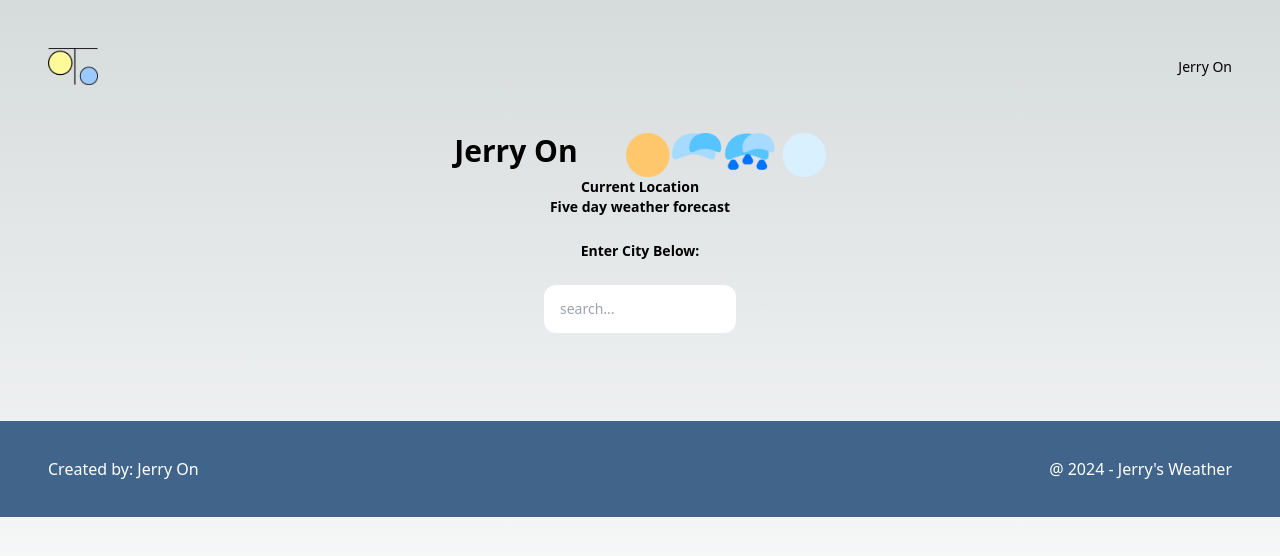
Repository: JerryWuOn/weatherAppMid
Page: /
These files come from the project's save history. The page is drawn as it stood at one moment and after the next save; the edit follows.
The browser window is 1280 px wide. The pictures show the whole page.
The project was rebuilt for these pictures with package versions that can differ from the ones it lists, and the page was loaded fresh each time. The framework's server and built-in components were replaced by stand-ins that run in the browser. Also part of the build but not shown: next.config.mjs.

Above is the page before, as saved 2024-02-12 20:02:30.

### src/pages/index.tsx

import Image from "next/image";
import Header from "@/components/Header";
import Footer from "@/components/Footer";
import { useState} from "react";
import Clouds from '../../public/images/clouds.png'

export default function Home() {
  const [data,setData] = useState<IWeather | null>(null);
  const [forcast,setForcast] = useState<IForecast| null>(null);

  const [city, setCity] = useState('');

    const handleLocation = (jerry) => {
        setCity(jerry.target.value);
    }

    const formatDate = (timestamp) => {
      return new Date(timestamp * 1000).toLocaleDateString('en-Ca', {
        year: 'numeric',
        month: 'long',
        day: 'numeric',
      });
    };

    const handleSubmit = (jerry) => {
        jerry.preventDefault();
        const apiKey = "fa86376a0b2615057a19374755185488"
        const API_URL = `https://api.openweathermap.org/data/2.5/weather?q=${city}&units=metric&appid=${apiKey}`
        const API_fiveDay = `https://api.openweathermap.org/data/2.5/forecast?q=${city}&units=metric&appid=${apiKey}`


      fetch(API_URL)
      .then(response => response.json())
      .then(response => {
        console.log(response);
        setData(response);
      })
      .catch(err => {
        console.log(err);
      })

      fetch(API_fiveDay)
      .then(response => response.json())
      .then(response => {
        console.log(response);
        setForcast(response);
      })
      .catch(err => {
        console.log(err);
      })
    }



  return (
    <main className="flex flex-col min-h-screen w-full">
      <div className="flex flex-col w-5xl justify-between w-full items-center  text-sm ">
        <div className="flex flex-row w-full items-center justify-between gap-x-4 p-12">
          <Header></Header>
        </div>
        <div className="flex flex-col justify-center text-center w-full items-center">
          <div className="flex flex-row">
            <div className="font-bold text-3xl">Jerry On</div>
            <div className="pl-12">
              <Image src={Clouds} alt="clouds" width={200}/>
            </div>
          </div>
          <div className="font-bold">Current Location</div>
          <div className="font-bold mb-6">Five day weather forecast</div>
          <div className="font-bold mb-6">Enter City Below:</div>
          <form onSubmit={handleSubmit}>
            <input className="rounded-xl h-12 w-48 p-4 mb-6" type="text" placeholder="search..." value={city} onChange={handleLocation}/>
          </form>

          {data && data.main && data.weather && data.wind && data.dt &&(
            <div className="flex flex-col w-full px-12 ">
              {data.weather.map((d, index)=> (
                <div key={index}>
                  <div className="flex w-full flex-start items-start">
                    <div className="flex flex-col">
                      <h1 className="text-6xl">{city}</h1>
                    </div>
                  </div>
                  <h1 className="flex flex-start text-2xl">Current Weather: {d.main}</h1>
                  <h1 className="flex flex-start text-2xl">Temperature: {data.main.temp.toFixed(1)}</h1>
                  <h1 className="flex flex-start text-2xl">Wind: {data.wind.speed.toFixed(1)}</h1>
                  <h1 className="flex flex-start text-2xl">Date: {formatDate(data.dt)}</h1>
                </div>
              ))}
            </div>
          )}

          {forcast && forcast.list && (
            <div className="flex flex-row w-full px-12 mt-12 gap-x-6">
              <h1 className="flex flex-start text-2xl pr-24">5 Day Forecast</h1>
              {forcast.list.slice(0,5).map((d, index)=> (
                <div key={index}>
                  <h1 className="flex text-md">Temperature in Celsius: {d.main.temp.toFixed(1)}</h1>
                  {d.weather.map((d, index)=> (
                <div key={index}>
                  <h1 className="flex text-md">Weather: {d.main}</h1>

                </div>

              ))}
              {d.weather.map((d, index)=> (
                <div key={index}>
                  <h1 className="flex text-md">Description: {d.description}</h1>
                </div>
              ))}
                <h1 className="flex text-md">Wind Speed: {d.wind.speed}</h1>
                <h1 className="flex text-md mt-12">Date: {formatDate(d.dt)}</h1>
                </div>
              ))}

            </div>
          )}

        </div>
        </div>

        <div className="flex bg-footer w-full bg-fixed text-white mt-16 px-12">
          <div className="flex h-24 w-full items-center justify-between">
            <Footer/>
          </div>
        </div>

    </main>
  );
}

### src/components/Header/index.tsx
import { useState } from "react"
import Image from "next/image"

import Logo from "../../../public/images/jerryWeather.png"


export default function Header(){
    return (
        <div className="flex w-full">
            <div className="flex flex-row w-full items-center justify-between gap-x-4 ">
                <div className="flex justify-between">
                    <Image src={Logo} alt="logo" width={50} height={50}/>
                </div>
                <div className="flex justify-between">
                    <h1>Jerry On</h1>
                </div>
            </div>
        </div>
    )
}

### src/components/Footer/index.tsx
export default function Footer(){
    return (
        <div className="flex w-full items-center ">
            <div className="flex w-full items-center justify-between">
                <div className="flex px-18">
                    Created by: Jerry On
                </div>
                <div className="flex px-18">
                    @ 2024 - Jerry's Weather
                </div>
            </div>
        </div>
    )
}

### tailwind.config.ts
import type { Config } from "tailwindcss";

const config: Config = {
  content: [
    "./src/pages/**/*.{js,ts,jsx,tsx,mdx}",
    "./src/components/**/*.{js,ts,jsx,tsx,mdx}",
    "./src/app/**/*.{js,ts,jsx,tsx,mdx}",
  ],
  theme: {
    colors: {
      'footer' : '#41658A',
      'white' : '#FFFFFF'
    },
    extend: {
      backgroundImage: {
        "gradient-radial": "radial-gradient(var(--tw-gradient-stops))",
        "gradient-conic":
          "conic-gradient(from 180deg at 50% 50%, var(--tw-gradient-stops))",
      },
    },
  },
  plugins: [],
};
export default config;

Loaded but not shown: src/pages/_app.tsx (common file); src/pages/_document.tsx (common file); src/styles/globals.css (common file)

After the next save:
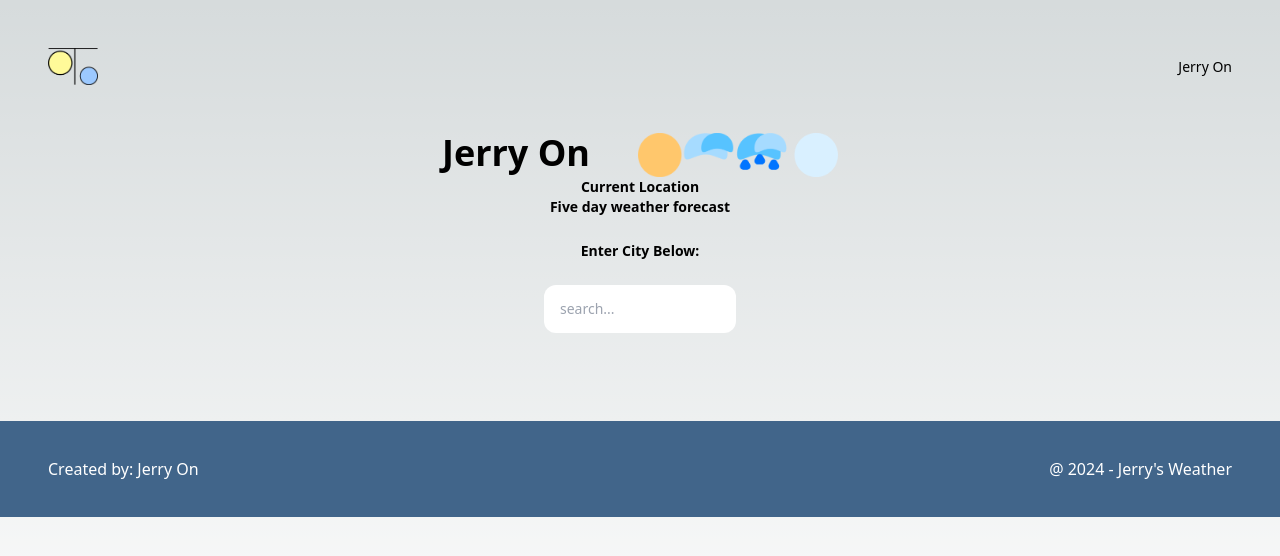
Saved 5 s later.
--- a/src/pages/index.tsx
+++ b/src/pages/index.tsx
@@ -61,7 +61,7 @@ export default function Home() {
         </div>
         <div className="flex flex-col justify-center text-center w-full items-center">
           <div className="flex flex-row">
-            <div className="font-bold text-3xl">Jerry On</div>
+            <div className="font-bold text-4xl">Jerry On</div>
             <div className="pl-12">
               <Image src={Clouds} alt="clouds" width={200}/>
             </div>
